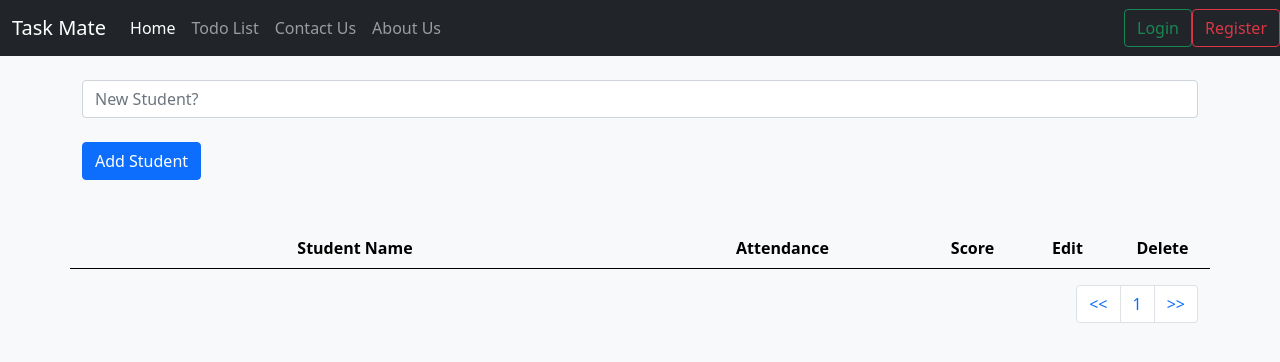
Repository: itathagata/Registration_System
Page: http://localhost/todolist/?pg=1
The author's editor kept a copy of each file at every save. The page is drawn from the files as they stood at one save, then again after the next save.
The browser window is 1280 px wide. The pictures show the whole page.
The page is served by the project's application, run on Django 2.2 (manage.py). Other server files are loaded and not shown. Queries for data that is not in the repository find no rows.

Above is the page before, as saved 2021-06-06 02:34:57.

### todolist_app/views.py
from django.http.response import HttpResponse
from django.shortcuts import redirect, render
from django.http import HttpResponse
from todolist_app.models import TaskList
from todolist_app.forms import TaskForm
from django.contrib import messages
from django.core.paginator import Paginator
# Create your views here.
context = {'welcome':"Welcome to Todo List Page.",
    'contact_text':"Welcome to Todo List Contact Page.",
    'about_text':"Welcome to Todo List About Page.",
    'index_text':"Welcome to Todo List Index Page.",}
def todolist(request):
    if request.method == "POST":
        form = TaskForm(request.POST or None)
        if form.is_valid():
            form.save()
        messages.success(request,("New Student Added!"))
        return redirect('todolist')
    else:
        all_tasks = TaskList.objects.all()
        paginator = Paginator(all_tasks, 5)
        page = request.GET.get('pg')
        all_tasks = paginator.get_page(page)
        return render(request, 'todolist.html',{'all_tasks':all_tasks})



def complete_task(request,task_id):
    task = TaskList.objects.get(pk=task_id)
    task.Attendance = True
    task.save()
    return redirect('todolist')


def pending_task(request,task_id):
    task = TaskList.objects.get(pk=task_id)
    task.Attendance = False
    task.save()
    return redirect('todolist')

def delete_task(request,task_id):
    task = TaskList.objects.get(pk=task_id)
    task.delete()
    return redirect('todolist')




def edit_task(request,task_id):
    if request.method == "POST":
        task = TaskList.objects.get(pk=task_id)
        form = TaskForm(request.POST or None,instance=task)
        if form.is_valid():
            form.save()
        messages.success(request,("Edited!"))
        return redirect('todolist')
    else:
        task_obj = TaskList.objects.get(pk=task_id)
        return render(request, 'edit.html',{'task_obj':task_obj})


def contact(request):
    return render(request, 'contact.html',context)
def about(request):
    return render(request, 'about.html',context)

def index(request):
    return render(request, 'index.html',context)

### todolist_app/templates/todolist.html
{% extends 'base.html' %}
{% block title %}
<title>TodoList Manager</title>
{% endblock title %}

{% block content %}
<div class="container">
</br>

  {%if messages%}
    {% for message in messages %}
      <div class="alert alert-warning alert-dismissible fade show" role="alert">
          {{ message }}
        <button type="button" class="btn-close" data-bs-dismiss="alert" aria-label="Close">
         </button>
      </div>
    {% endfor %}
  {% endif %}


  <form method="POST">
    {%csrf_token%}
    <div class="form-group">
          <input type="text" class="form-control" name="Student_Name" placeholder="New Student?">
          <input type="hidden" class="form-control"  name="Attendance"  value=False>
          <input type="hidden"  class="form-control" name="Score"  value=0>
    </div>
    </br>
    <button type="submit" class="btn btn-primary">Add Student</button>
  </form>

</br>
</br>
    <table class="table table-light table-hover text-center">
  <thead>
    <tr class="row">
      <th class="col-6">Student Name</th>
      <th class="col-3">Attendance</th>
      <th class="col-1">Score</th>
      <th class="col-1">Edit</th>
      <th class="col-1">Delete</th>
    </tr>
  </thead>
    <tbody>
    {% if all_tasks %}
      {%for obj in all_tasks%}
        {% if obj.Attendance %}
            <tr class="row">
            <td class="col-6">{{ obj.Student_Name }}</td>
            <td class="col-3"><a href="{% url 'pending_task' obj.id %}"><button type="button" class="btn btn-outline-primary">Mark as unsafe</button>
</a></td>
            <td class="col-1">{{ obj.Score }}</td>
            <td class="col-1"><a href="{% url 'edit_task' obj.id %}"><button type="button" class="btn btn-outline-dark">Edit</button>
</a></td>
            <td class="col-1"><a href="{% url 'delete_task' obj.id %}"><button type="button" class="btn btn-outline-danger">Delete</button>
</a></td>
            </tr>
        {% else %}
            <tr class="table-danger row">
            <td class="col-6">{{ obj.Student_Name }}</td>
            <td class="col-3"><a href="{% url 'complete_task' obj.id %}"><button type="button" class="btn btn-outline-primary">Mark as safe</button></a></td>
            <td class="col-1">{{ obj.Score }}</td>
            <td class="col-1"><a href="{% url 'edit_task' obj.id %}"><button type="button" class="btn btn-outline-dark">Edit</button>
</a></td>
            <td class="col-1"><a href="{% url 'delete_task' obj.id %}"><button type="button" class="btn btn-outline-danger">Delete</button></a></td>
            </tr>
        {% endif %}
       {% endfor %}
    {% endif %}
     </tbody>
</table>


<nav aria-label="Page navigation example">
  <ul class="pagination justify-content-end">
    <li class="page-item "><a class="page-link" href="?pg=1"><<</a></li>
    {% if all_tasks.has_previous %}
      <li class="page-item"><a class="page-link" href="?pg={{ all_tasks.previous_page_number }}"> {{ all_tasks.previous_page_number }} </a></li>
    {% endif %}
    <li class="page-item"><a class="page-link" href="?pg={{ all_tasks.number }}">{{ all_tasks.number }}</a></li>
    {% if all_tasks.has_next %}
      <li class="page-item"><a class="page-link" href="?pg={{ all_tasks.next_page_number }}">{{ all_tasks.next_page_number }}</a></li>
    {% endif %}
    <li class="page-item"><a class="page-link" href="?pg={{ all_tasks.paginator.num_pages }}">>></a></li>
  </ul>
</nav>

    </div>
{% endblock content %}

### templates/base.html

{% load static %}
<!doctype html>
<html lang="en">
  <head>
    <!-- Required meta tags -->
    <meta charset="utf-8">
    <meta name="viewport" content="width=device-width, initial-scale=1">

    <!-- Bootstrap CSS -->
    <link href="https://cdn.jsdelivr.net/npm/bootstrap@5.0.1/dist/css/bootstrap.min.css" rel="stylesheet" integrity="sha384-+0n0xVW2eSR5OomGNYDnhzAbDsOXxcvSN1TPprVMTNDbiYZCxYbOOl7+AMvyTG2x" crossorigin="anonymous">
    <link rel="icon" href="{% static 'images/favicon.ico' %}" type="images/gif" sizes="16x16">
    {% block title %}
    {% endblock title %}
    <nav class="navbar navbar-expand-lg navbar-dark bg-dark">
  <div class="container-fluid">
    <a class="navbar-brand" href="{% url 'index'%}">Task Mate</a>
    <button class="navbar-toggler" type="button" data-bs-toggle="collapse" data-bs-target="#navbarNavAltMarkup" aria-controls="navbarNavAltMarkup" aria-expanded="false" aria-label="Toggle navigation">
      <span class="navbar-toggler-icon"></span>
    </button>
    <div class="collapse navbar-collapse" id="navbarNavAltMarkup">
      <div class="navbar-nav">
        <a class="nav-link active" aria-current="page" href="{% url 'index'%}">Home</a>
        <a class="nav-link" href="{% url 'todolist'%}">Todo List</a>
        <a class="nav-link" href="{% url 'contact'%}">Contact Us</a>
        <a class="nav-link" href="{% url 'about'%}">About Us</a>
      </div>
    </div>
  </div>
  {% if user.is_authenticated %}
    <div class="form-inline my-2 my-lg-0">
      <div class="p-2 bg-dark text-white">{{user.username}}</div>
      <a href="{% url 'logout' %}">
        <button class="btn btn-outline-danger my-2 my-sm-0" type="submit">Logout</button>
      </a>
    </div>
  {% else %}
    <a href="{% url 'login' %}">
        <button class="btn btn-outline-success my-2 my-sm-0" type="submit">Login</button>
      </a>
      <a href="{% url 'register' %}">
        <button class="btn btn-outline-danger my-2 my-sm-0" type="submit">Register</button>
      </a>
  {% endif %}
</nav>
  </head>
  <body class="bg-light">
  {% block content %}{% endblock content %}
    <script src="https://cdn.jsdelivr.net/npm/bootstrap@5.0.1/dist/js/bootstrap.bundle.min.js" integrity="sha384-gtEjrD/SeCtmISkJkNUaaKMoLD0//ElJ19smozuHV6z3Iehds+3Ulb9Bn9Plx0x4" crossorigin="anonymous"></script>
  </body>
</html>

### taskmate/urls.py

from django.contrib import admin
from django.urls import path, include
from todolist_app import views as todolist_views
urlpatterns = [
    path('admin/', admin.site.urls),
    path('', todolist_views.index, name='index'),
    path('todolist', include('todolist_app.urls')),
    path('account/', include('users_app.urls')),
    path('contact', todolist_views.contact, name='contact'),
    path('about-us', todolist_views.about, name='about'),
]

### todolist_app/urls.py
from todolist_app import views
from django.urls import path
urlpatterns = [
    path('/', views.todolist, name='todolist'),
    path('/delete/<task_id>', views.delete_task, name='delete_task'),
    path('/edit/<task_id>', views.edit_task, name='edit_task'),
    path('/complete/<task_id>', views.complete_task, name='complete_task'),
    path('/pending/<task_id>', views.pending_task, name='pending_task'),


]

### users_app/urls.py
from users_app import views
from django.urls import path
from django.contrib.auth import views as auth_views
urlpatterns = [
    path('register', views.register, name='register'),
    path('login', auth_views.LoginView.as_view(template_name='login.html'),name='login'),
    path('logout', auth_views.LogoutView.as_view(template_name='logout.html'),name='logout'),

]

After the next save:
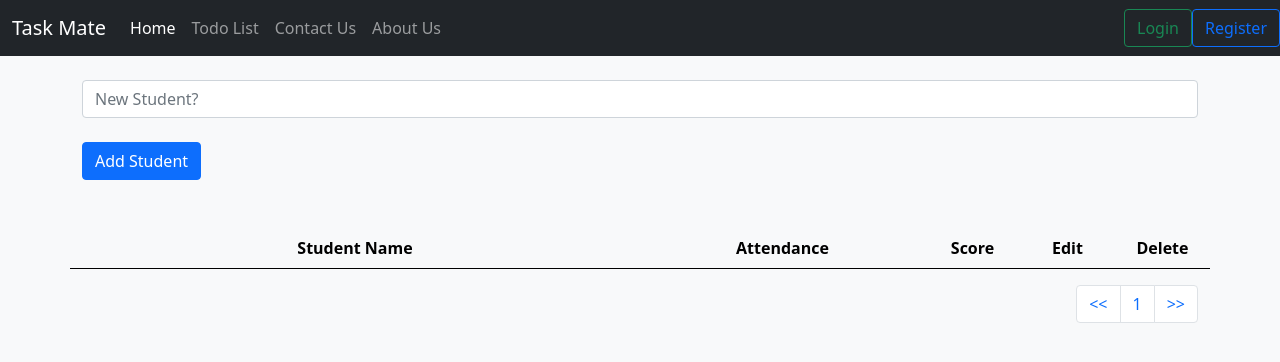
Saved 13 s later.
--- a/templates/base.html
+++ b/templates/base.html
@@ -39,7 +39,7 @@
         <button class="btn btn-outline-success my-2 my-sm-0" type="submit">Login</button>
       </a>
       <a href="{% url 'register' %}">
-        <button class="btn btn-outline-danger my-2 my-sm-0" type="submit">Register</button>
+        <button class="btn btn-outline-primary my-2 my-sm-0" type="submit">Register</button>
       </a>
   {% endif %}
 </nav>
